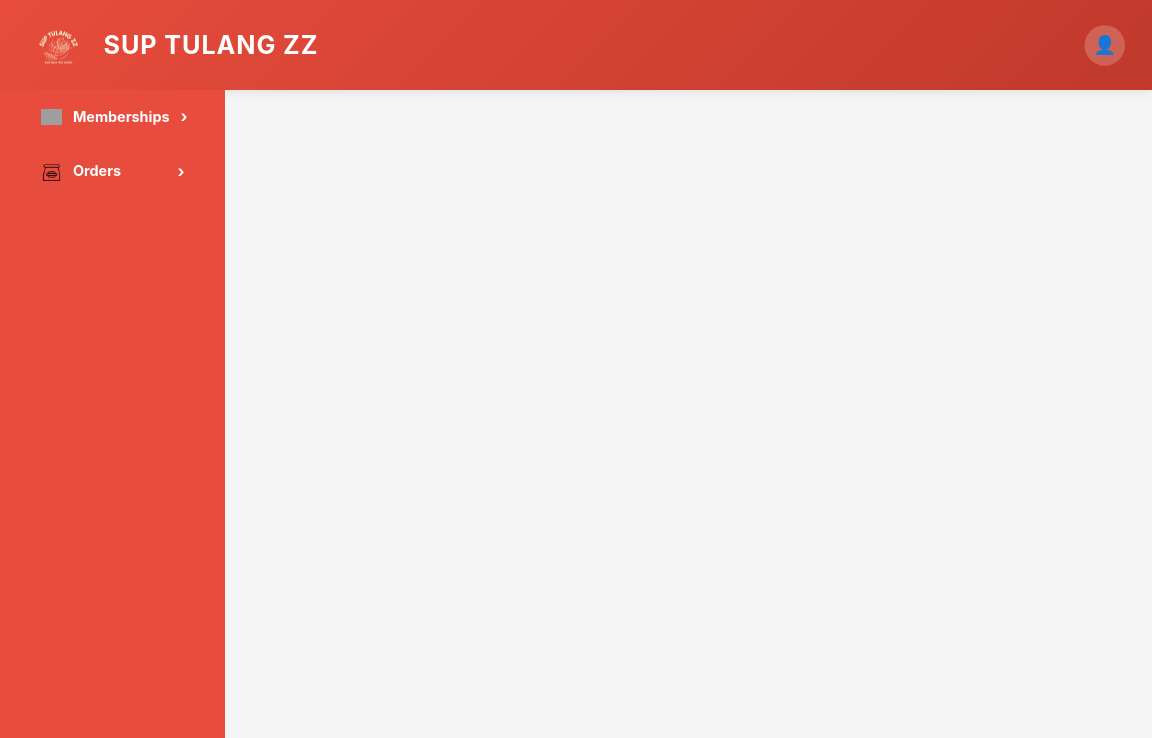
Repository: YIsheng2002/web-frontend
Page: view/Staff/dashboardstaff.html
The author's editor kept a copy of each file at every save. The page is drawn from the files as they stood at one save, then again after the next save.
The browser window is 1280 px wide. The pictures show the whole page, at 90% of full size.
Pictures or frames that could not be fetched are drawn as grey boxes.

Above is the page before, as saved 2025-06-12 10:36:21.

### view/Staff/dashboardstaff.html
<!DOCTYPE html>
<html lang="en">

<head>
    <meta charset="UTF-8">
    <meta name="viewport" content="width=device-width, initial-scale=1.0">
    <title>SUP TULANG ZZ</title>
    <link rel="stylesheet" href="../Staff/assets/css/main.css">
    <link rel="stylesheet" href="../../assets/css/main.css">
    <link rel="stylesheet" href="./assets/css/dashboardStaff.css">
    <script src="./assets/javascript/dashboardStaff.js"></script>

</head>

<body>
    <!-- Header -->
    <header class="header">
        <div class="logo-section">
            <img src="../../assets/images/logo.png" alt="Logo" class="logo">
            <h1 class="brand-name">SUP TULANG ZZ</h1>
        </div>

        <div class="user-menu">
            <div class="user-avatar" onclick="toggleDropdown()">
                👤
            </div>
            <div class="dropdown-menu" id="userDropdown">
                <a href="#" class="dropdown-item" onclick="showProfile()">
                    👤 Profile
                </a>
                <a href="#" class="dropdown-item" onclick="showSettings()">
                    ⚙️ Settings
                </a>
                <a href="#" class="dropdown-item" onclick="showOrders()">
                    📋 Orders
                </a>
                <a href="#" class="dropdown-item" onclick="showReports()">
                    📊 Reports
                </a>
                <hr style="margin: 8px 0; border: none; border-top: 1px solid #eee;">
                <a href="#" class="dropdown-item danger" onclick="logout()">
                    🚪 Logout
                </a>
            </div>
        </div>
    </header>
    <!-- Sidebar -->
    <div class="sidebar">
        <ul class="sidebar-menu">
            <li class="sidebar-item">
                <a href="#" class="sidebar-link" onclick="showMembership(event)">
                    <img src="./assets/images/membership.png" alt="Membership Icon" class="sidebar-icon">
                    <span class="sidebar-text">Memberships</span>
                    <span class="sidebar-arrow">›</span>
                </a>
            </li>
            <li class="sidebar-item">
                <a href="#" class="sidebar-link" onclick="showOrders(event)">
                    <img src="./assets/images/foodOrder.png" alt="Orders Icon" class="sidebar-icon">
                    <span class="sidebar-text">Orders</span>
                    <span class="sidebar-arrow">›</span>
                </a>
            </li>
        </ul>
    </div>
    <!-- Main Content -->
    <div class="main-content">

    </div>

</body>

</html>

### view/Staff/assets/css/main.css
* {
    margin: 0;
    padding: 0;
    box-sizing: border-box;
}

body {
    font-family: -apple-system, BlinkMacSystemFont, 'Segoe UI', Roboto, sans-serif;
    line-height: 1.6;
    color: #333;
    background-color: #f5f5f5;
}

.btn-primary {
    background: linear-gradient(135deg, #667eea 0%, #764ba2 100%);
    color: white;
    border: none;
    padding: 12px 24px;
    border-radius: 8px;
    font-size: 16px;
    font-weight: 600;
    cursor: pointer;
    transition: all 0.3s ease;
    width: 100%;
}

.btn-primary:hover {
    transform: translateY(-2px);
    box-shadow: 0 8px 25px rgba(102, 126, 234, 0.3);
}

.btn-primary:active {
    transform: translateY(0);
}

### assets/css/main.css
:root{
    --primary-color: #DE4345;
    --secondary-color: #F8FAD4;
    --white-color: #FFFFFF;
    --header-font-color: #212121;
    --header6-font-color: #424242;
    --light-red: #FF7877;
}

* {
    margin: 0;
    padding: 0;
    box-sizing: border-box;
}

body {
    font-family: -apple-system, BlinkMacSystemFont, 'Segoe UI', Roboto, sans-serif;
    line-height: 1.6;
    color: var(--header6-font-color);
    background-color: #f5f5f5;
}

.btn-primary {
    background: linear-gradient(135deg, var(--primary-color) 0%, var(--light-red) 100%);
    color: white;
    border: none;
    padding: 12px 24px;
    border-radius: 8px;
    font-size: 16px;
    font-weight: 600;
    cursor: pointer;
    transition: all 0.3s ease;
    width: 100%;
}

.btn-primary:hover {
    transform: translateY(-5px);
    box-shadow: 0 8px 25px rgba(253, 114, 92, 0.22);
}

.btn-primary:active {
    transform: translateY(0);
}

/* Header Styles */
.header {
    background: linear-gradient(135deg, #e74c3c, #c0392b);
    color: white;
    padding: 15px 30px;
    display: flex;
    justify-content: space-between;
    align-items: center;
    box-shadow: 0 2px 10px rgba(0,0,0,0.1);
}

.logo-section {
    display: flex;
    align-items: center;
    gap: 15px;
}

.logo {
    width: 70px;
    height: 70px;
    display: flex;
    align-items: center;
    justify-content: center;
    font-weight: bold;
    font-size: 18px;
}

.brand-name {
    font-size: 28px;
    font-weight: bold;
    letter-spacing: 1px;
}

### view/Staff/assets/css/dashboardStaff.css
/* User Menu */
.user-menu {
    position: relative;
}

.user-avatar {
    width: 45px;
    height: 45px;
    background: rgba(255, 255, 255, 0.2);
    border-radius: 50%;
    display: flex;
    align-items: center;
    justify-content: center;
    cursor: pointer;
    transition: all 0.3s ease;
    font-size: 20px;
}

.user-avatar:hover {
    background: rgba(255, 255, 255, 0.3);
    transform: scale(1.05);
}

.dropdown-menu {
    position: absolute;
    top: 100%;
    right: 0;
    background: white;
    border-radius: 12px;
    box-shadow: 0 10px 30px rgba(0, 0, 0, 0.15);
    padding: 12px 0;
    min-width: 180px;
    opacity: 0;
    visibility: hidden;
    transform: translateY(-10px);
    transition: all 0.3s ease;
    z-index: 1000;
    margin-top: 10px;
}

.dropdown-menu.show {
    opacity: 1;
    visibility: visible;
    transform: translateY(0);
}

.dropdown-item {
    display: block;
    padding: 12px 20px;
    color: #333;
    text-decoration: none;
    transition: background 0.3s ease;
    display: flex;
    align-items: center;
    gap: 10px;
}

.dropdown-item:hover {
    background: #f8f9fa;
}

.dropdown-item.danger:hover {
    background: #fee;
    color: #e74c3c;
}

/* Dashboard sidebar */
.sidebar {
    width: 250px;
    height: 100vh;
    background-color: #e74c3c;
}

.sidebar-menu {
    list-style: none;
    padding: 0;
    margin: 0;
}

.sidebar-item {
    display: flex;
    justify-content: center;
    width: 100%;
    padding: 4px 20px;
    color: #fff;
    text-decoration: none;
    align-items: center;
    gap: 10px;
    transition: background-color 0.3s ease;
}

/*
.sidebar-item:first-child {
  margin-top: 15px;
}
*/

.sidebar-link:hover {
    background-color: rgba(255, 255, 255, 0.1);
}

.sidebar-link {
    display: flex;
    align-items: center;
    justify-content: space-between;
    text-decoration: none;
    padding: 12px 20px;
    font-size: 16px;
    font-weight: bold;
    border-radius: 12px;
    transition: background-color 0.3s ease, color 0.3s ease;
    width: 200px;
    box-sizing: border-box;
    color: #fff;
    /* default text = white */
    background-color: transparent;
    /* default = no background */
}

.sidebar-link.active {
    background-color: #fff9c4;
    /* yellow container */
    color: #e74c3c;
    /* red text */
}

.sidebar-icon {
    width: 24px;
    height: 24px;
    object-fit: contain;
    margin-right: 12px;
    /* Space between icon and text */

}

.sidebar-text {
    flex-grow: 1;
    margin: 0px;
    /* Remove default margin */
    align-items: center;
    /* Center text vertically */
}

.sidebar-arrow {
    font-size: 18px;
    color: #fff;
    margin-left: 12px;
    /* Space between text and arrow */
}

### view/Staff/assets/javascript/dashboardStaff.js
// Dropdown functionality
function toggleDropdown() {
    const dropdown = document.getElementById('userDropdown');
    dropdown.classList.toggle('show');
}

// Close dropdown when clicking outside
document.addEventListener('click', function (event) {
    const userMenu = document.querySelector('.user-menu');
    const dropdown = document.getElementById('userDropdown');

    if (!userMenu.contains(event.target)) {
        dropdown.classList.remove('show');
    }
});

// Page navigation
function showPage(pageId) {
    // Hide all pages
    document.querySelectorAll('.page').forEach(page => {
        page.classList.remove('active');
    });

    // Remove active class from all tabs
    document.querySelectorAll('.nav-tab').forEach(tab => {
        tab.classList.remove('active');
    });

    // Show selected page
    document.getElementById(pageId).classList.add('active');

    // Add active class to clicked tab
    event.target.classList.add('active');
}

// User menu actions
function showProfile() {
    alert('Profile page - Coming soon!');
    toggleDropdown();
}

function showSettings() {
    alert('Settings page - Coming soon!');
    toggleDropdown();
}


function showReports() {
    showPage('analytics');
    document.querySelector('[onclick="showPage(\'analytics\')"]').classList.add('active');
    toggleDropdown();
}

function logout() {
    if (confirm('Are you sure you want to logout?')) {
        // Add logout logic here
        alert('Logged out successfully!');
        // Redirect to login page
        // window.location.href = '/login.html';
    }
    toggleDropdown();
}

After the next save:
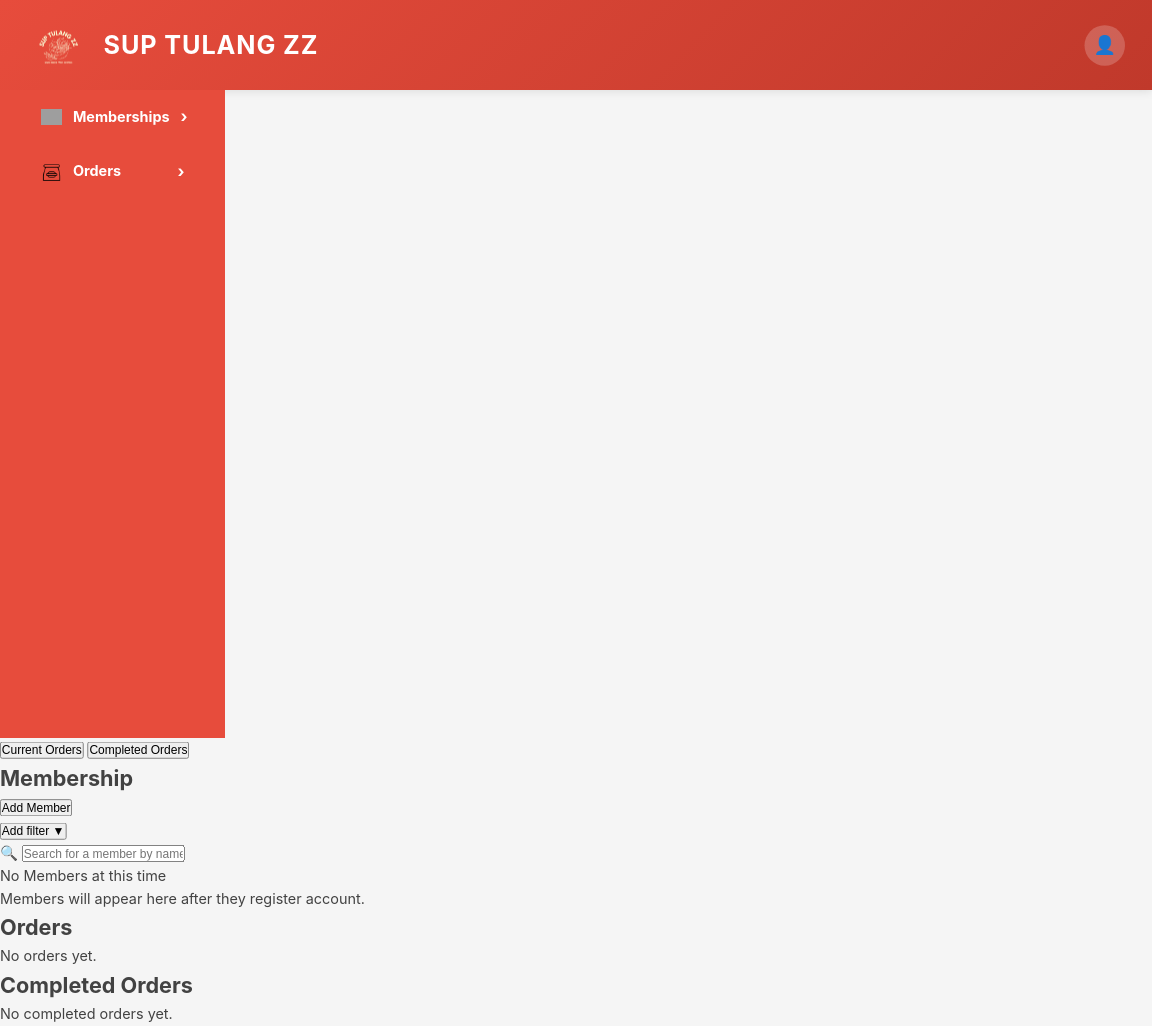
Saved 3 min 52 s later.
--- a/view/Staff/dashboardstaff.html
+++ b/view/Staff/dashboardstaff.html
@@ -65,6 +65,47 @@
     </div>
     <!-- Main Content -->
     <div class="main-content">
+        <!-- Navigation Tabs -->
+        <button class="nav-tab active" onclick="showPage('Memberships', event)">Current Orders</button>
+        <button class="nav-tab" onclick="showPage('orders', event)">Completed Orders</button>
+
+
+        <div id="Memberships" class="page active">
+            <div class="membership-header">
+                <h2>Membership</h2>
+                <button class="add-member-button">Add Member</button>
+            </div>
+            <!-- Membership page -->
+            <div class="membership-controls">
+                <div class="filter">
+                    <button class="filter-button">Add filter ▼</button>
+                </div>
+                <div class="search">
+                    <span class="search-icon">🔍</span>
+                    <input type="text" placeholder="Search for a member by name or email">
+                </div>
+
+            </div>
+
+            <div class="membership-empty-state">
+                <div class="empty-box">
+                    <p class="no-members-title">No Members at this time</p>
+                    <p class="no-members-desc">Members will appear here after they register account.</p>
+                </div>
+            </div>
+
+        </div>
+        <!-- Current Orders Page -->
+        <div id="current-orders" class="page">
+            <h2>Orders</h2>
+            <p>No orders yet.</p>
+        </div>
+        <div id="orders" class="page">
+            <h2>Completed Orders</h2>
+            <p>No completed orders yet.</p>
+        </div>
+
+
 
     </div>
 
